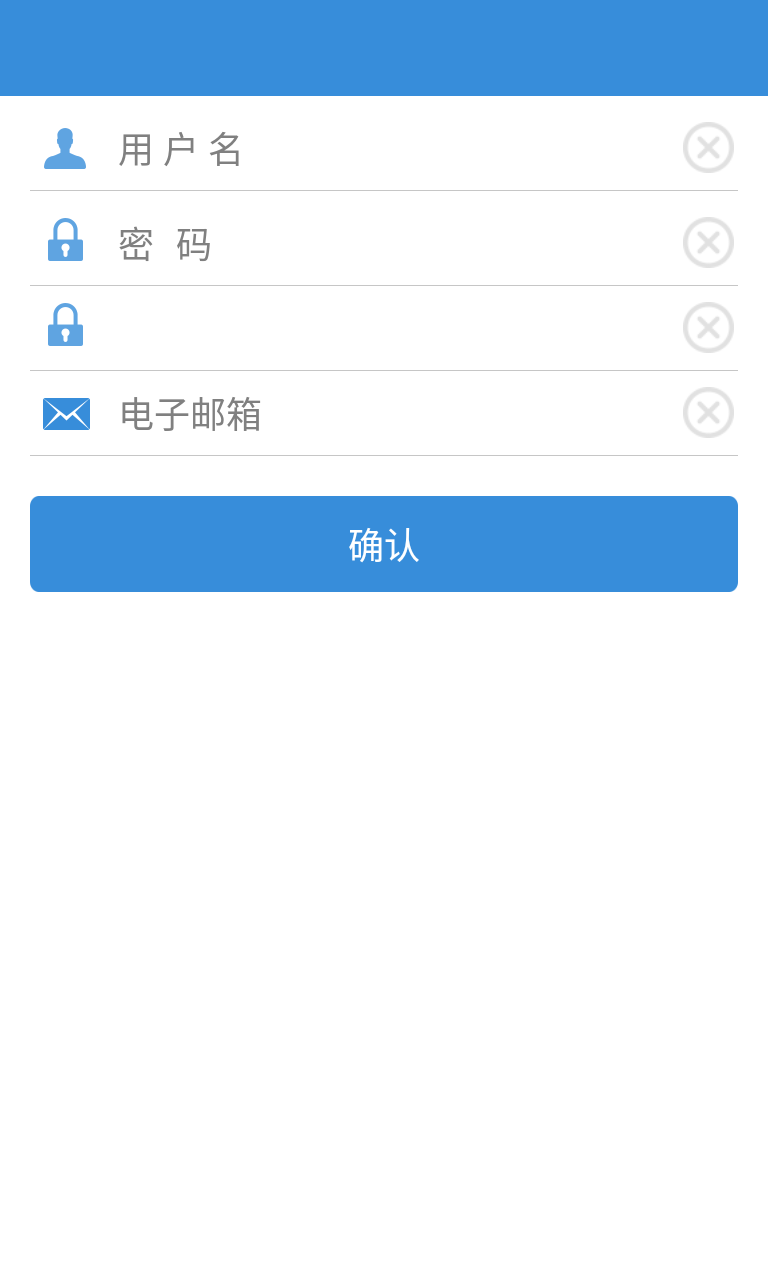
Repository: smli123/10AVTest
Layout: SmartLockEx/res/layout/activity_register.xml
These files come from the project's save history. The layout is drawn as it stood at one moment and after the next save; the edit follows.
It is drawn on a 768 x 1280 px phone screen (xhdpi) without system bars, with theme AppTheme; the app's code is not run.

Above is the layout before, as saved 2018-09-12 09:57:13.

After the next save:
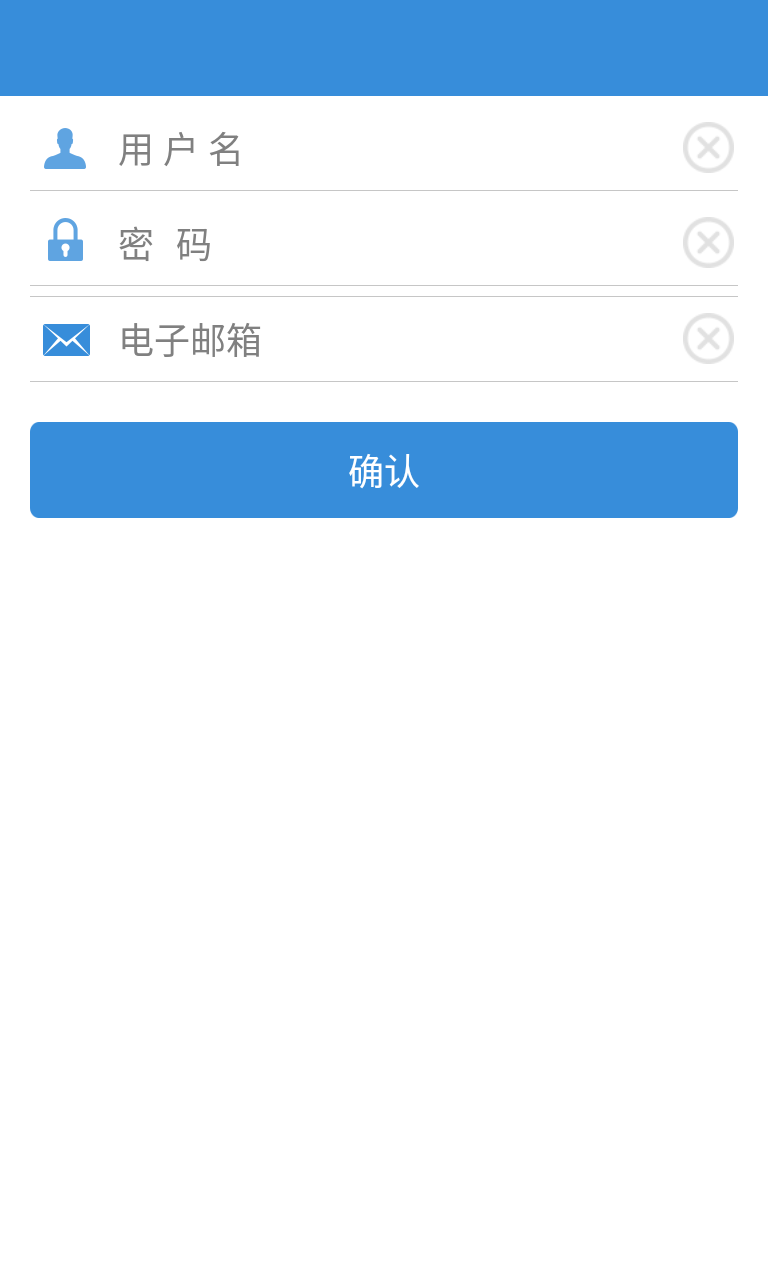
Saved 23 s later.
--- a/SmartLockEx/res/layout/activity_register.xml
+++ b/SmartLockEx/res/layout/activity_register.xml
@@ -127,7 +127,8 @@
     	<RelativeLayout
         	android:layout_width="match_parent"
         	android:layout_height="wrap_content"
-      		android:layout_marginTop="5dp">
+      		android:layout_marginTop="5dp"
+        		android:visibility="gone">
 
     		<ImageView
     		    android:id="@+id/img_confirmPwd"
@@ -157,8 +158,7 @@
         		android:textCursorDrawable="@null"
         		android:textSize="@dimen/text_size_larsamll"
         		android:layout_centerVertical="true"
-        		android:inputType="textPassword"
-        		android:visibility="gone"/>
+        		android:inputType="textPassword" />
 			<ImageView
             	android:id="@+id/image_delconfirmpwd"
     		    android:layout_width="wrap_content"
